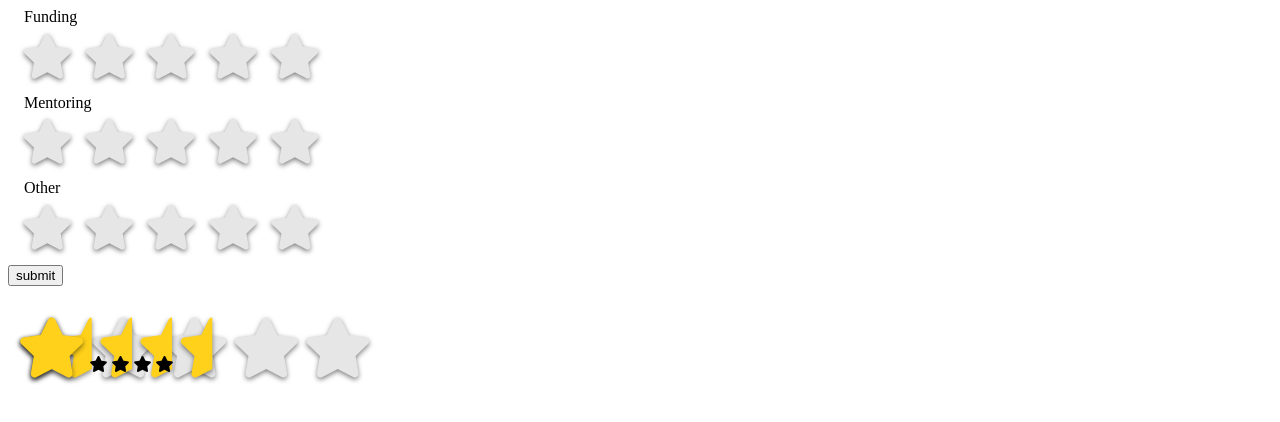
Repository: samalty/star-rating-system-js-test
Page: star3.html
The author's editor kept a record of every edit. The page is drawn from the files as they stood at one moment, then again after the next edit.
The browser window is 1280 px wide. The pictures show the whole page.
Some web libraries are served in a nearby version.

Above is the page before.

### star3.html
    <head>
        <meta charset="utf-8">
        <title>Home</title>
        <link rel="stylesheet" href="styles2.css">
        <link href="https://stackpath.bootstrapcdn.com/font-awesome/4.7.0/css/font-awesome.min.css" rel="stylesheet" integrity="sha384-wvfXpqpZZVQGK6TAh5PVlGOfQNHSoD2xbE+QkPxCAFlNEevoEH3Sl0sibVcOQVnN" crossorigin="anonymous">
        <link rel="stylesheet" href="https://use.fontawesome.com/releases/v5.6.3/css/all.css" integrity="sha384-UHRtZLI+pbxtHCWp1t77Bi1L4ZtiqrqD80Kn4Z8NTSRyMA2Fd33n5dQ8lWUE00s/" crossorigin="anonymous">
        <!--<script src="custom.js" charset="utf-8"></script>-->
        <script src="https://cdnjs.cloudflare.com/ajax/libs/jquery/3.4.1/jquery.min.js"></script>
        <style>
            .disappear{
                display: none;
            }
        </style>
    </head>
    <body>
        <div class="container">
            <form name="stars" class="starsForm" onsubmit="return ratings()">
                <fieldset class="fieldset">
                    <legend>Funding</legend>
                    <input type="radio" name="fundingStar" id="fstar1" class="starRadio" value="1">
                    <label for="fstar1" class="stars">
                        <i class="fa fa-star" aria-hidden="true"></i>
                    </label>
                    <input type="radio" name="fundingStar" id="fstar2" class="starRadio" value="2">
                    <label for="fstar2" class="stars">
                        <i class="fa fa-star" aria-hidden="true"></i>
                    </label>
                    <input type="radio" name="fundingStar" id="fstar3" class="starRadio" value="3">
                    <label for="fstar3" class="stars">
                        <i class="fa fa-star" aria-hidden="true"></i>
                    </label>
                    <input type="radio" name="fundingStar" id="fstar4" class="starRadio" value="4">
                    <label for="fstar4" class="stars">
                        <i class="fa fa-star" aria-hidden="true"></i>
                    </label>
                    <input type="radio" name="fundingStar" id="fstar5" class="starRadio" value="5">
                    <label for="fstar5" class="stars">
                        <i class="fa fa-star" aria-hidden="true"></i>
                    </label>
                </fieldset>
                <fieldset class="fieldset">
                    <legend>Mentoring</legend>
                    <input type="radio" name="mentoringStar" id="mstar1" class="starRadio" value="1">
                    <label for="mstar1" class="stars">
                        <i class="fa fa-star" aria-hidden="true"></i>
                    </label>
                    <input type="radio" name="mentoringStar" id="mstar2" class="starRadio" value="2">
                    <label for="mstar2" class="stars">
                        <i class="fa fa-star" aria-hidden="true"></i>
                    </label>
                    <input type="radio" name="mentoringStar" id="mstar3" class="starRadio" value="3">
                    <label for="mstar3" class="stars">
                        <i class="fa fa-star" aria-hidden="true"></i>
                    </label>
                    <input type="radio" name="mentoringStar" id="mstar4" class="starRadio" value="4">
                    <label for="mstar4" class="stars">
                        <i class="fa fa-star" aria-hidden="true"></i>
                    </label>
                    <input type="radio" name="mentoringStar" id="mstar5" class="starRadio" value="5">
                    <label for="mstar5" class="stars">
                        <i class="fa fa-star" aria-hidden="true"></i>
                    </label>
                </fieldset>
                <fieldset class="fieldset">
                    <legend>Other</legend>
                    <input type="radio" name="otherStar" id="ostar1" class="starRadio" value="1">
                    <label for="ostar1" class="stars">
                        <i class="fa fa-star" aria-hidden="true"></i>
                    </label>
                    <input type="radio" name="otherStar" id="ostar2" class="starRadio" value="2">
                    <label for="ostar2" class="stars">
                        <i class="fa fa-star" aria-hidden="true"></i>
                    </label>
                    <input type="radio" name="otherStar" id="ostar3" class="starRadio" value="3">
                    <label for="ostar3" class="stars">
                        <i class="fa fa-star" aria-hidden="true"></i>
                    </label>
                    <input type="radio" name="otherStar" id="ostar4" class="starRadio" value="4">
                    <label for="ostar4" class="stars">
                        <i class="fa fa-star" aria-hidden="true"></i>
                    </label>
                    <input type="radio" name="otherStar" id="ostar5" class="starRadio" value="5">
                    <label for="ostar5" class="stars">
                        <i class="fa fa-star" aria-hidden="true"></i>
                    </label>
                </fieldset>
                <input type="submit" class="submit" value="submit">
            </form>
        </div>
        <div class="emptyStars">
            <i class="fa fa-star" id="emptyStar1"></i>
            <i class="fa fa-star" id="emptyStar2"></i>
            <i class="fa fa-star" id="emptyStar3"></i>
            <i class="fa fa-star" id="emptyStar4"></i>
            <i class="fa fa-star" id="emptyStar5"></i>
        </div>
        <div class="halfStars">
            <i class="fas fa-star-half" id="halfStar1"></i>
            <i class="fas fa-star-half" id="halfStar2"></i>
            <i class="fas fa-star-half" id="halfStar3"></i>
            <i class="fas fa-star-half" id="halfStar4"></i>
            <i class="fas fa-star-half" id="halfStar5"></i>
        </div>
        <div class="fullStars">
            <i class="fa fa-star" id="fullStar1"></i>
            <i class="fa fa-star" id="fullStar2"></i>
            <i class="fa fa-star" id="fullStar3"></i>
            <i class="fa fa-star" id="fullStar4"></i>
            <i class="fa fa-star" id="fullStar5"></i>
        </div>
    </body>
    <script type="text/javascript">
        $(document).ready(function(){
            $(".stars").click(function(){
                $(this).css("color", "#ffd11a");
                $(this).prevAll("label").css("color", "#ffd11a")
                $(this).nextAll("label").css("color", "#e6e6e6");
            });
        });

        const star5 = document.getElementById('fullStar5');
        const star4 = document.getElementById('fullStar4');
        const star3 = document.getElementById('fullStar3');
        const star2 = document.getElementById('fullStar2');
        const half5 = document.getElementById('halfStar5');
        const half4 = document.getElementById('halfStar4');
        const half3 = document.getElementById('halfStar3');
        const half2 = document.getElementById('halfStar2');

        function ratings(){

            var x = document.forms["stars"]["fundingStar"].value;
            var y = document.forms["stars"]["mentoringStar"].value;
            var z = document.forms["stars"]["otherStar"].value;
            var o = ((x + y + z) / 3);
            console.log(o);

            console.log("You have given X a rating of " + x + " for funding.");
            console.log("You have given X a rating of " + y + " for mentoring.");
            console.log("You have given X a rating of " + z + " for other.");

            if (o < 3.25) {
                console.log("o is less that 3.25");
                document.getElementById('halfStar4').classList.add('disappear');
            } else if (o < 3.75) {
                console.log("o is less that 3.75");
                document.getElementById('fullStar4').classList.add('disappear');
            } else if (o < 4.25) {
                console.log("o is less that 4.25");
                document.getElementById('halfStar5').classList.add('disappear');
            } else if (o < 4.75) {
                console.log("o is less that 4.75");
                document.getElementById('fullStar5').classList.add('disappear');
            }
        }
    </script>
</html>

### styles2.css
.container{
    height: 300px;
}

.starsForm{
    position: absolute;
    display: flexbox;
}
/*
.fundingStarContainer{
    display: flex;
    margin: 0;
    border: 1px solid black;
}
*/
.starRadio{
    display: none;
}
.starsForm label{
    display: flexbox;
    cursor: pointer;
    width: 50px;
    position: relative;
    font-size: 45px;
    color: #e6e6e6;
    text-shadow: 0 2px 5px rgba(0,0,0,.5);
}
.fieldset{
    width: 100%;
    display: flexbox;
    border: none;
}

.emptyStars,
.fullStars,
.halfStars{
    position: absolute;
    padding: 10px;
    height: 100px;
}

#emptyStar1,
#emptyStar2,
#emptyStar3,
#emptyStar4,
#emptyStar5{
    color: #e6e6e6;
    font-size: 60px;
    text-shadow: 0 2px 5px rgba(0,0,0,.5);
}
#halfStar1,
#halfStar2,
#halfStar3,
#halfStar4,
#halfStar5{
    font-size: 60px;
    color: #ffd11a;
    text-shadow: 0 2px 5px rgba(0,0,0,.5);
}
#fullStar1,
#halfStar2,
#halfStar3,
#halfStar4,
#halfStar5{
    font-size: 60px;
    color: #ffd11a;
    text-shadow: 0 2px 5px rgba(0,0,0,.5);
}
.light{
    color: #ffd11a;
}

After the next edit:
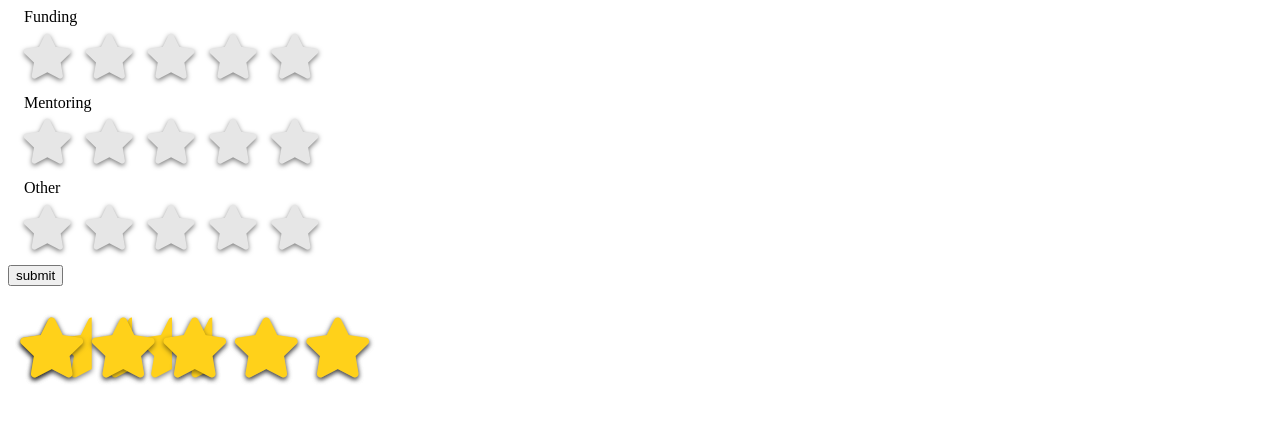
The edit:
--- a/styles2.css
+++ b/styles2.css
@@ -58,10 +58,10 @@
     text-shadow: 0 2px 5px rgba(0,0,0,.5);
 }
 #fullStar1,
-#halfStar2,
-#halfStar3,
-#halfStar4,
-#halfStar5{
+#fullStar2,
+#fullStar3,
+#fullStar4,
+#fullStar5{
     font-size: 60px;
     color: #ffd11a;
     text-shadow: 0 2px 5px rgba(0,0,0,.5);
